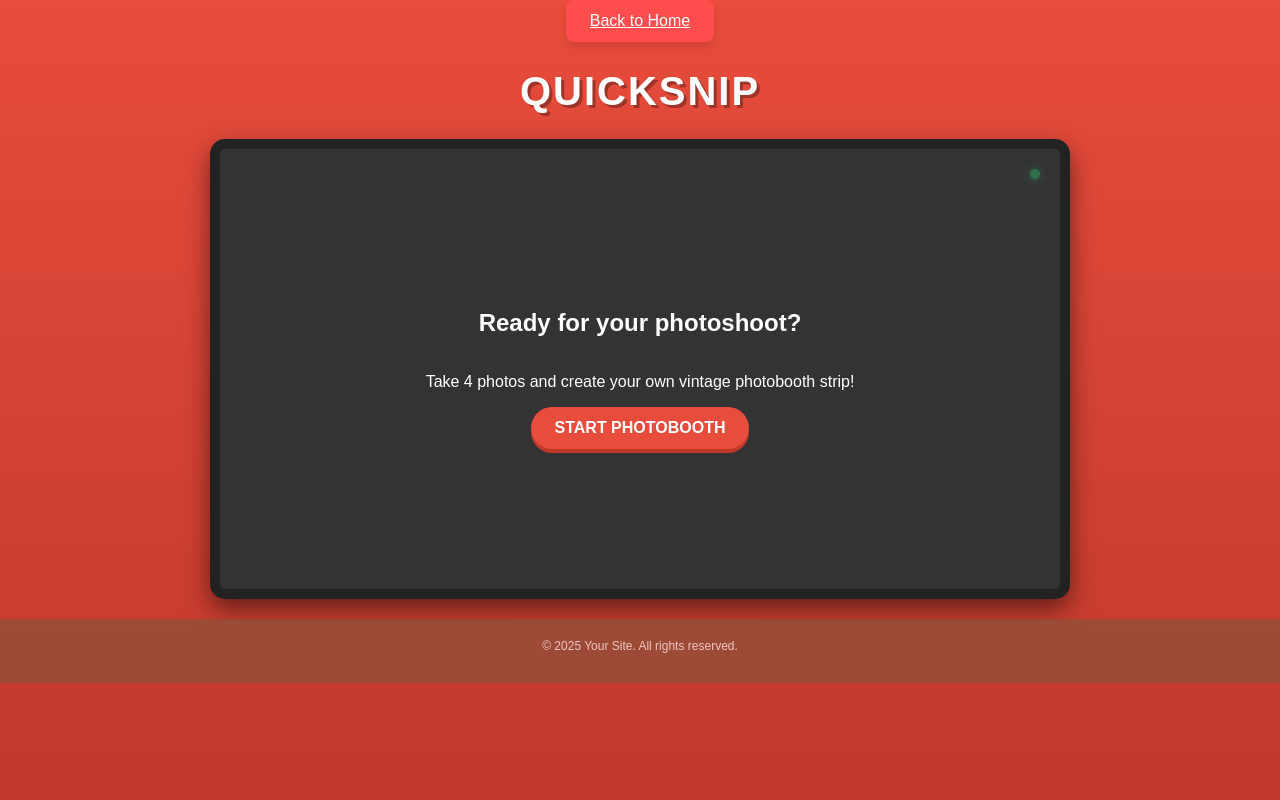
Repository: Strawb3rryjam/QuickSnip
Page: photobooth.html
The author's editor kept a copy of each file at every save. The page is drawn from the files as they stood at one save, then again after the next save.
The browser window is 1280 px wide. The pictures show the whole page.
Some web fonts or font styles are not loaded; a fallback is used.

Above is the page before, as saved 2025-05-08 15:50:01.

After the next save:
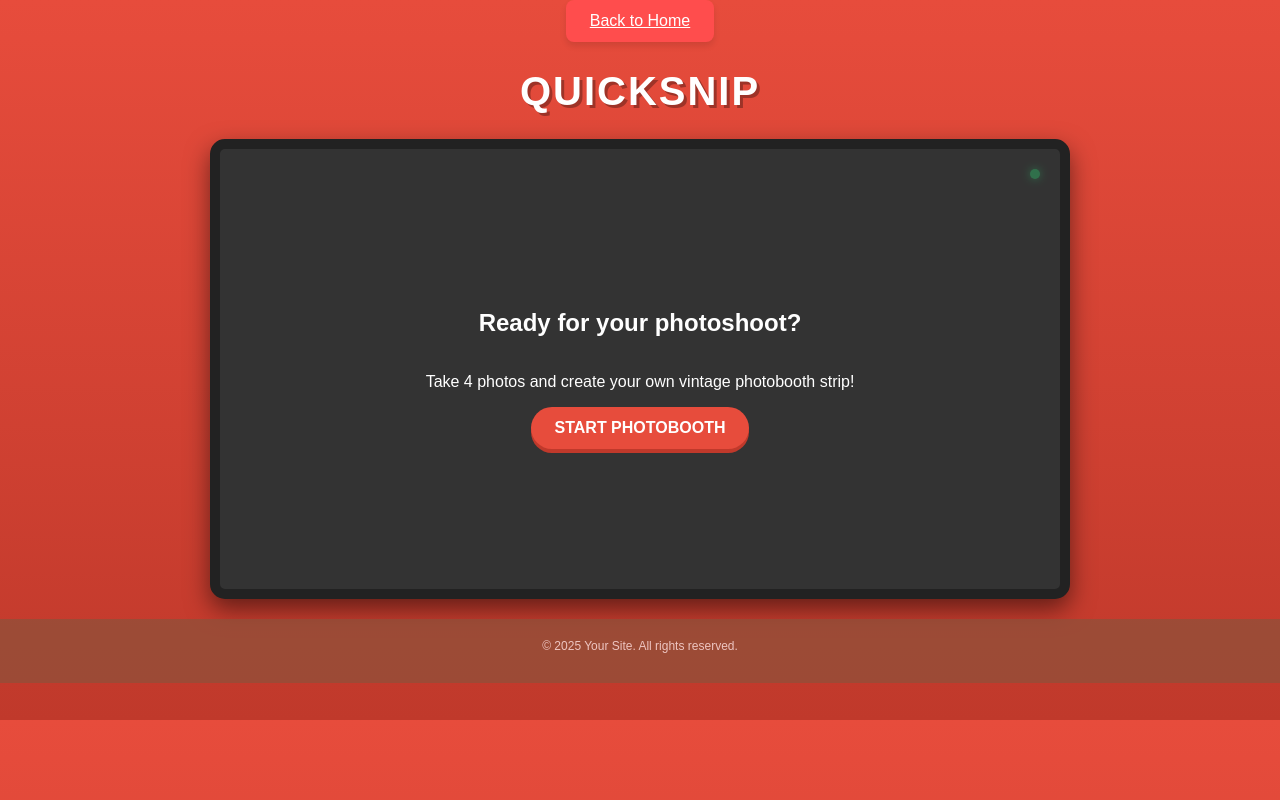
Saved 42 s later.
--- a/styles.css
+++ b/styles.css
@@ -1,3 +1,9 @@
+html, body {
+  height: 100%;
+  margin: 0;
+  padding: 0;
+}
+
 body {
   font-family: 'titan-one-regular', sans-serif;
   background-color: #f0f0f0;

After the save that followed:
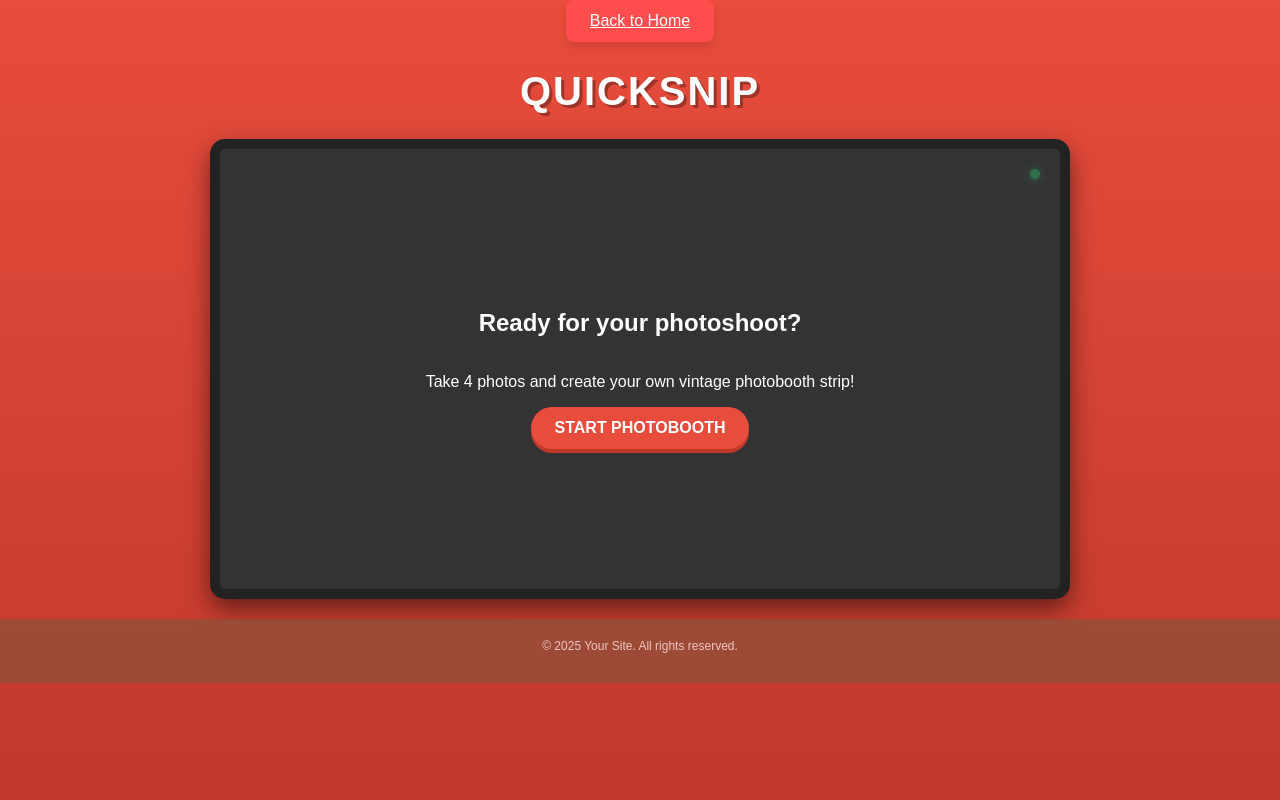
Saved 10 s later.
--- a/styles.css
+++ b/styles.css
@@ -1,8 +1,4 @@
-html, body {
-  height: 100%;
-  margin: 0;
-  padding: 0;
-}
+
 
 body {
   font-family: 'titan-one-regular', sans-serif;
